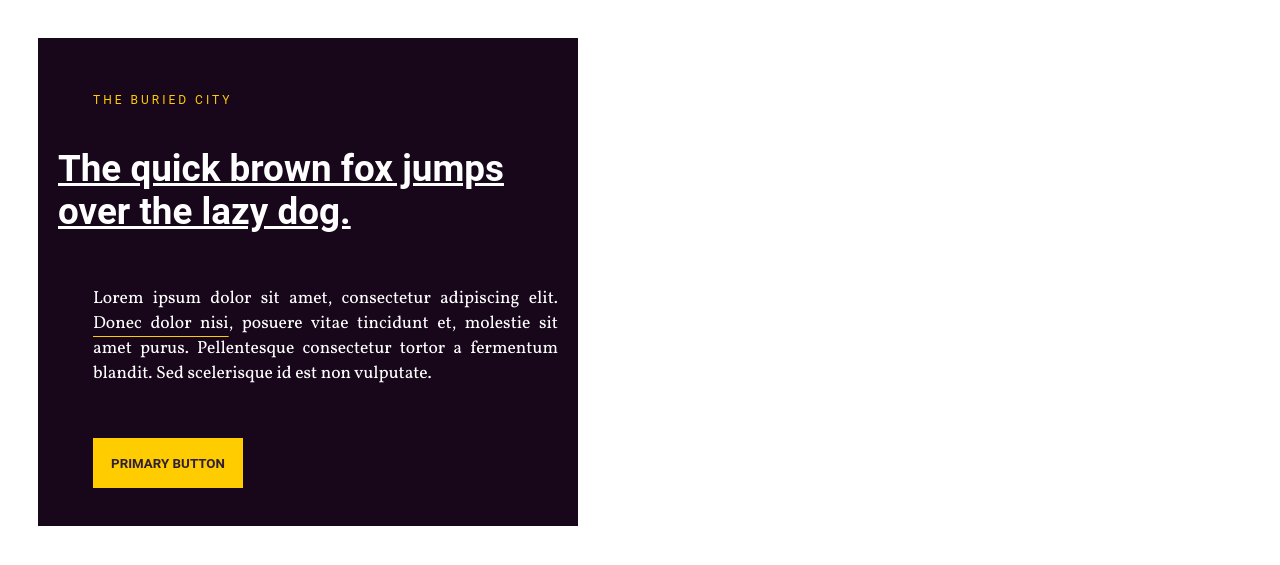
Repository: rafigabriel/TP2---Web-I
Page: ex03-css/index.html
The author's editor kept a copy of each file at every save. The page is drawn from the files as they stood at one save, then again after a run of saves.
The browser window is 1280 px wide. The pictures show the whole page.

Above is the page before, as saved 2024-09-09 18:13:03.

### ex03-css/index.html
<!DOCTYPE html>
<html lang="pt-br">
    <head>
        <meta charset="UTF-8">
        <meta name="viewport" content="width=device-width, initial-scale=1.0">
        <title>Exercicio 3</title>
        <link rel="stylesheet" href="style.css">
        <link rel="preconnect" href="https://fonts.googleapis.com">
        <link rel="preconnect" href="https://fonts.gstatic.com" crossorigin>
        <link
            href="https://fonts.googleapis.com/css2?family=Roboto+Condensed:ital,wght@0,100..900;1,100..900&display=swap"
            rel="stylesheet">
        <link rel="preconnect" href="https://fonts.googleapis.com">
        <link rel="preconnect" href="https://fonts.gstatic.com" crossorigin>
        <link
            href="https://fonts.googleapis.com/css2?family=Vollkorn:ital,wght@0,400..900;1,400..900&display=swap"
            rel="stylesheet">

    </head>
    <body>
        <div id="container">
            <p id="secao">The buried city</p>
            <h1>The quick brown fox jumps over the lazy dog.</h1>
            <p>Lorem ipsum dolor sit amet, consectetur adipiscing elit. <a
                    id="link"
                    href="#">Donec dolor nisi</a>, posuere vitae tincidunt et,
                molestie sit amet purus. Pellentesque consectetur tortor a
                fermentum
                blandit. Sed scelerisque id est non vulputate.</p>
            <p>
                <button>Primary button</button>
            </p>

        </div>

    </body>
</html>

### ex03-css/style.css
body{
    width: 500px;
    color: #231900;
    padding: 30px;
}

#container{
    background-color: #18071B;
    padding: 20px;
    width: 500px;
}

h1{
    font-size: 2.3em;
    font-family: "Roboto", sans-serif;
    font-style: normal;
    font-weight: 700;
    color: white;
    margin-bottom: 0;
    margin-top: 40px;
    text-decoration: underline;
}
p{
    text-align: justify;
    padding: 35px;
    padding-right: 0;
    padding-bottom: 0;
    font-family: "Vollkorn", serif;
    font-weight: 400;
    font-style: normal;
    font-size: 1.1em;
    color: white;
}

#secao{
    font-family: "Roboto", sans-serif;
    font-style: normal;
    font-weight: 400;
    font-size: 0.75em;
    color: #FFCC00;
    letter-spacing: 0.25em;
    margin-top: auto;
    text-transform: uppercase;
}

#link{
    font-family: "Vollkorn", serif;
    font-weight: 400;
    color: white;
    text-decoration: underline;
    text-decoration-color: #FFCC00;
    text-decoration-thickness:1px ;
    text-underline-offset: 8px;
}

button{
    display: block;
    background-color: #FFCC00;
    color: #2F2032;
    width: 150px;
    height: 50px;
    border: none;
    font-weight: 700;
    margin-top: 0px;
    font-family: "Roboto", sans-serif;
    text-transform: uppercase;
    text-align: center;
}

After the next 3 saves:
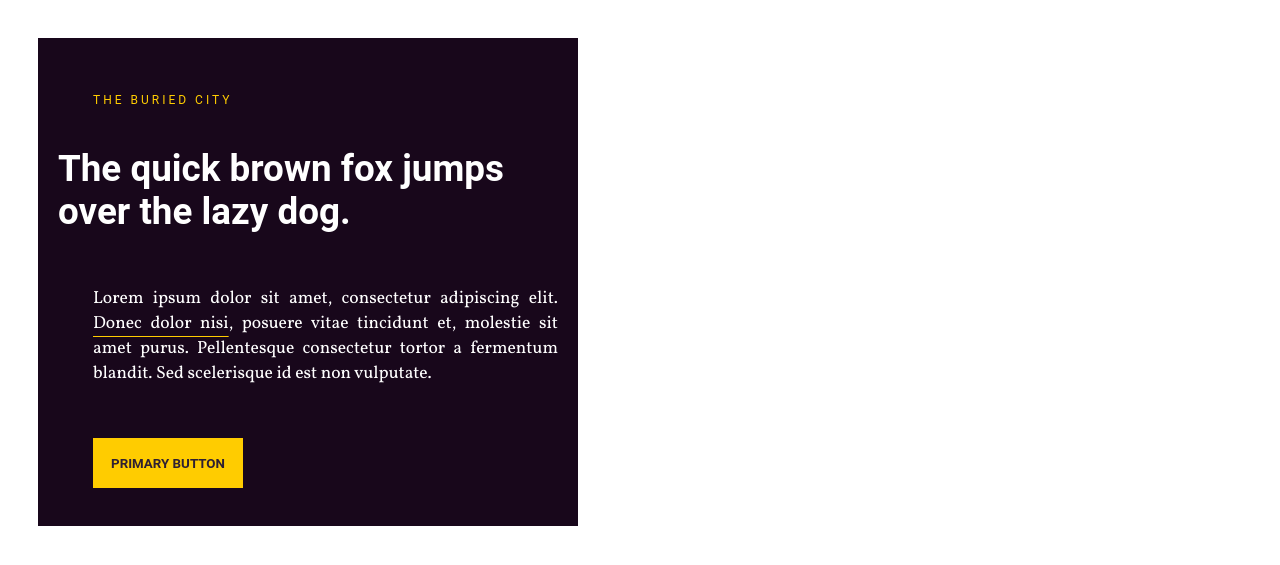
The 3 saves are shown as one change because they came seconds apart.
The last was saved 15 s later.
--- a/ex03-css/style.css
+++ b/ex03-css/style.css
@@ -18,7 +18,7 @@ h1{
     color: white;
     margin-bottom: 0;
     margin-top: 40px;
-    text-decoration: underline;
+    border-bottom: ;
 }
 p{
     text-align: justify;
